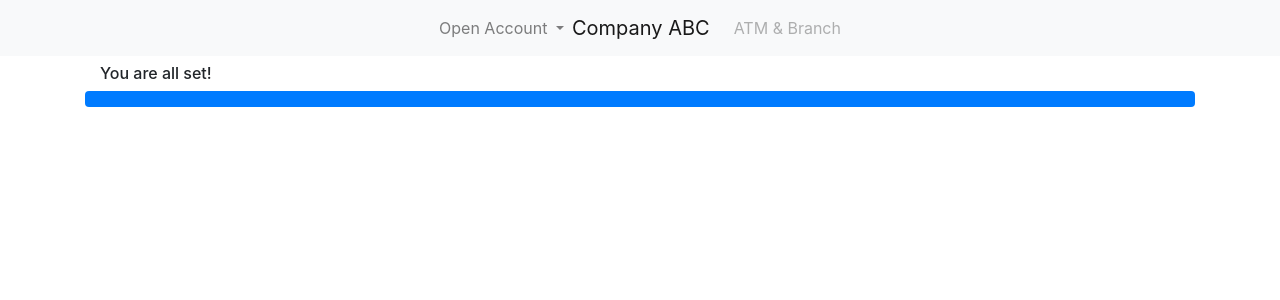
Repository: barriosan95/banking-opening-account-demo
Page: http://localhost/checking/application/customerInfo/finances/agreements/deposit/success
The author's editor kept a record of every edit. The page is drawn from the files as they stood at one moment, then again after the next edit.
The browser window is 1280 px wide. The pictures show the whole page.
Some web fonts or font styles are not loaded; a fallback is used. Some web libraries are served in a nearby version. The page is served by the project's Node server (index.js).

Above is the page before.

### views/success_app.ejs
<% include ./partials/header %>
    <div class ="container">
        <div class ="container mt-2">
            <h6 class="mb-0"> You are all set!<h6>
        </div>
        <div class="progress">
            <div class="progress-bar" role="progressbar" style="width: 100%" aria-valuenow="100im " aria-valuemin="0" aria-valuemax="100"></div>
        </div>

<% include ./partials/footer %>

### views/partials/header.ejs
<!DOCTYPE HTML!>
<html>

    <head>


        <!--CDN Bootstrap v4.1.3-->
        <link rel="stylesheet" href="https://stackpath.bootstrapcdn.com/bootstrap/4.1.3/css/bootstrap.min.css">
        <link rel="stylesheet" href="https://cdnjs.cloudflare.com/ajax/libs/font-awesome/4.7.0/css/font-awesome.min.css">

        <!--Ref stylesheets -->
        <link rel= "stylesheet" type="text/css" href="/styles/app.css">


        <!--font -->
        <link href="https://fonts.googleapis.com/css?family=Muli:200,300,400,700,800" rel="stylesheet">


        <!--Will ensure proper responsivness on mobile devices-->
        <meta name="viewport" content="width=device-width, initial-scale=1, shrink-to-fit=no">

        <title> Banking OA Demo </title>

        <meta name="viewport" content="width=device-width, initial-scale=1, maximum-scale=1, user-scalable=no">

    </head>

    <body>

    <!--NAVBAR-->
        <nav class="navbar navbar-expand-lg navbar-light bg-light">
            <button class="navbar-toggler" type="button" data-toggle="collapse" data-target="#navbarNavDropdown" aria-controls="navbarNavDropdown" aria-expanded="false" aria-label="Toggle navigation">
                <span class="navbar-toggler-icon"></span>
            </button>

            <div class="collapse navbar-collapse" id="navbarNavDropdown">
                <ul class="navbar-nav mx-auto">
                    <li class="nav-item dropdown">
                        <a class="nav-link dropdown-toggle" href="#" id="navbarDropdown" role="button" data-toggle="dropdown">
                            Open Account
                        </a>
                        <div class="dropdown-menu" aria-labelledby="navbarDropdown">
                          <a class="dropdown-item" href="/checking">Checking Accounts</a>
                          <div class="dropdown-divider"></div>
                          <a class="dropdown-item" href="/savings">Savings Accounts </a>
                          <div class="dropdown-divider"></div>
                          <a class="dropdown-item" href="#">Money Market Accounts</a>
                          <div class="dropdown-divider"></div>
                          <a class="dropdown-item" href="#">CD and IRA's</a>

                        </div>
                    </li>
                    <a class="navbar-brand" href="/"> Company ABC </a>
                     <li class="nav-item">
                        <a class="nav-link disabled" href="#">ATM & Branch</a>
                     </li>
                </ul>
            </div>
        </nav>

### views/partials/footer.ejs

        <!--Bootstrap js scripts-->
        <script src="https://code.jquery.com/jquery-3.3.1.min.js" integrity="sha256-FgpCb/KJQlLNfOu91ta32o/NMZxltwRo8QtmkMRdAu8="crossorigin="anonymous"></script>
        <script src="https://cdnjs.cloudflare.com/ajax/libs/popper.js/1.12.9/umd/popper.min.js" integrity="sha384-ApNbgh9B+Y1QKtv3Rn7W3mgPxhU9K/ScQsAP7hUibX39j7fakFPskvXusvfa0b4Q" crossorigin="anonymous"></script>
        <script src="https://maxcdn.bootstrapcdn.com/bootstrap/4.0.0/js/bootstrap.min.js" integrity="sha384-JZR6Spejh4U02d8jOt6vLEHfe/JQGiRRSQQxSfFWpi1MquVdAyjUar5+76PVCmYl" crossorigin="anonymous"></script>
        <!--JS SCIPTs -->

        <script src="/js/forms.js"></script>
        <script src="https://cdn.jsdelivr.net/npm/jquerykeyframes@1.0.5/dist/jquery.keyframes.min.js"></script>

    </body>
</html>

### index.js
const express = require('express');


const mainRoutes = require('./routes/main');

//APP CONFIGURATIONS
var app = express();
    app.set('view engine','ejs');
    app.use(express.static("public"));
    app.use(mainRoutes);





app.listen(process.env.PORT,process.env.IP,function(){
    console.log('Server established.');
});

### routes/main.js
const express = require('express');

const router = express.Router();

router.get("/", function(req,res){
    res.render('main');
});

router.get("/checking",function(req,res){
    res.render('checking');
});

router.get("/savings",function(req,res){
    res.render('savings');
});

router.get("/checking/application",function(req,res){
   res.render('checking_app');
});

router.get("/checking/application/customerInfo",function(req,res){
   res.render('info_app');
});

router.get("/checking/application/customerInfo/finances", function(req,res){
    res.render('finances_app');
});

router.get("/checking/application/customerInfo/finances/agreements", function(req,res){
    res.render('agreement_app');
});

router.get("/checking/application/customerInfo/finances/agreements/deposit", function(req,res){
    res.render('deposit_app');
});

router.get("/checking/application/customerInfo/finances/agreements/deposit/success", function(req,res){
    res.render('success_app');
});


module.exports = router;

### public/styles/app.css
.app-img{
    max-height: 40%;
    max-width: 40%;
}

Loaded but not shown: public/js/forms.js (no copy from this time; the picture is the same without it)

After the next edit:
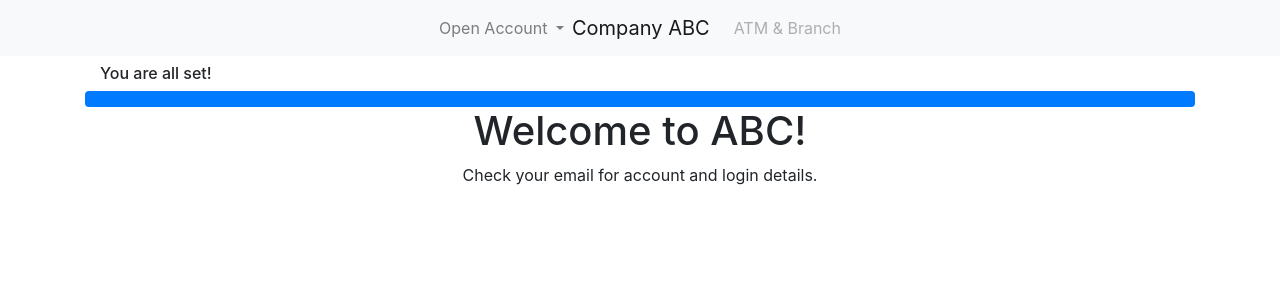
The edit:
--- a/views/success_app.ejs
+++ b/views/success_app.ejs
@@ -6,5 +6,14 @@
         <div class="progress">
             <div class="progress-bar" role="progressbar" style="width: 100%" aria-valuenow="100im " aria-valuemin="0" aria-valuemax="100"></div>
         </div>
+    </div>
+    <div class ="container">
+         <div class= "row">
+             <div class ="col-md-12 text-center">
+                 <h1> Welcome to ABC! </h1>
+                 <p> Check your email for account and login details.</p>
+             </div>
+         </div>
+    </div>
 
 <% include ./partials/footer %>
